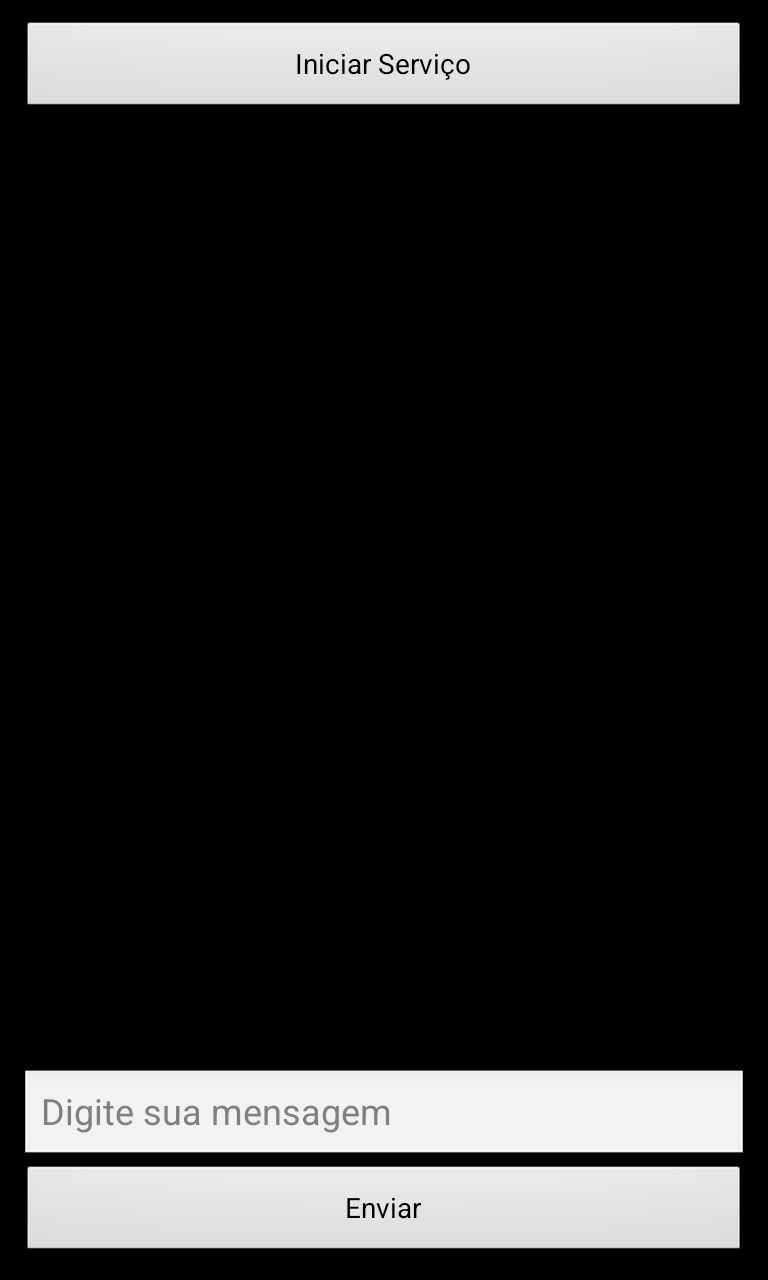
Repository: JoelmirMoura/AppMensagem
Layout: Mensagem/res/layout/main.xml
These files come from the project's save history. The layout is drawn as it stood at one moment and after the next save; the edit follows.
It is drawn on a 768 x 1280 px phone screen (xhdpi) without system bars, with theme android:Theme; the app's code is not run.

Above is the layout before, as saved 2026-04-24 19:06:47.

### Mensagem/res/layout/main.xml
<LinearLayout xmlns:android="http://schemas.android.com/apk/res/android"
    android:orientation="vertical"
    android:padding="10dp"
    android:layout_width="fill_parent"
    android:layout_height="fill_parent">

    <!-- 🔹 BOTÃO ÚNICO -->
    <Button
        android:id="@+id/btnServidor"
        android:layout_width="fill_parent"
        android:layout_height="wrap_content"
        android:text="Iniciar Serviço" />

    <!-- 🔥 ÁREA DO CHAT COM SCROLL -->
    <ScrollView
    	android:id="@+id/scrollChat"
    	android:layout_width="fill_parent"
    	android:layout_height="0dp"
    	android:layout_weight="1"
   	 	android:padding="10dp">

    <LinearLayout
        android:id="@+id/chatContainer"
        android:layout_width="fill_parent"
        android:layout_height="wrap_content"
        android:orientation="vertical"/>
   </ScrollView>

    <!-- 🔹 DIGITAÇÃO -->
    <EditText
        android:id="@+id/editMensagem"
        android:layout_width="fill_parent"
        android:layout_height="wrap_content"
        android:hint="Digite sua mensagem"
        android:layout_marginTop="8dp"
        android:singleLine="true" />

    <!-- 🔹 ENVIAR -->
    <Button
        android:id="@+id/btnEnviar"
        android:layout_width="fill_parent"
        android:layout_height="wrap_content"
        android:text="Enviar" />

</LinearLayout>

After the next save:
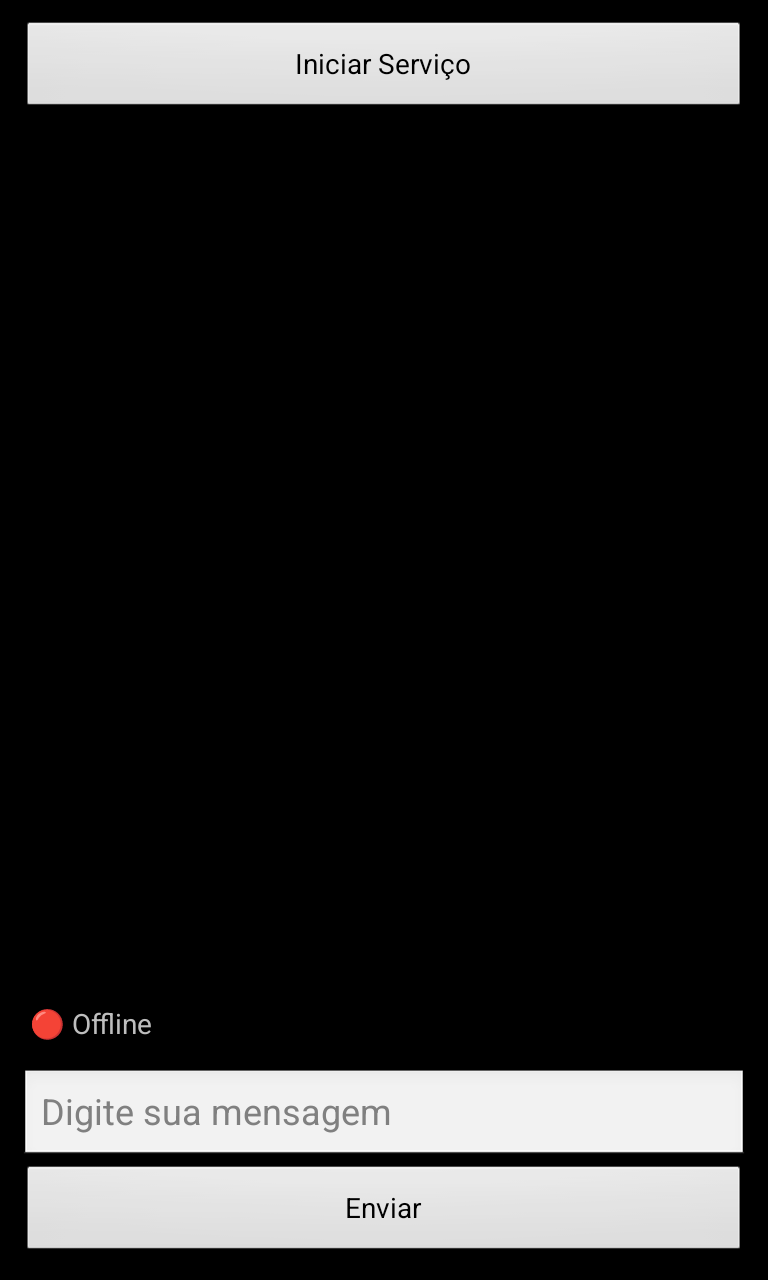
Saved 13 min 25 s later.
--- a/Mensagem/res/layout/main.xml
+++ b/Mensagem/res/layout/main.xml
@@ -25,7 +25,12 @@
         android:layout_height="wrap_content"
         android:orientation="vertical"/>
    </ScrollView>
-
+ <TextView
+    android:id="@+id/txtStatus"
+    android:layout_width="fill_parent"
+    android:layout_height="wrap_content"
+    android:text="🔴 Offline"
+    android:padding="5dp"/>
     <!-- 🔹 DIGITAÇÃO -->
     <EditText
         android:id="@+id/editMensagem"
